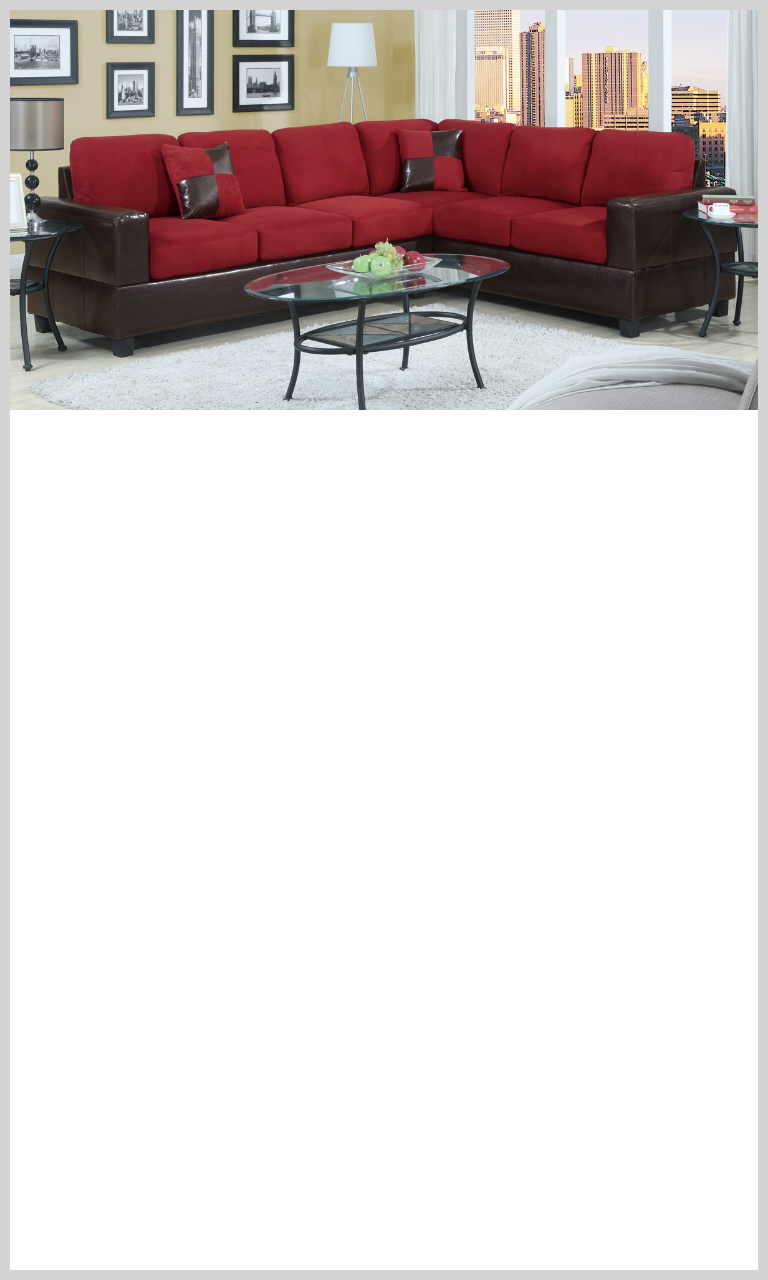
Repository: specialFX16/College-List
Layout: AndroidApp/CollegeList/res/layout/list_view_card.xml
These files come from the project's save history. The layout is drawn as it stood at one moment and after the next save; the edit follows.
It is drawn on a 768 x 1280 px phone screen (xhdpi) without system bars, with theme AppTheme; the app's code is not run.

Above is the layout before, as saved 2015-03-03 02:50:19.

After the next save:
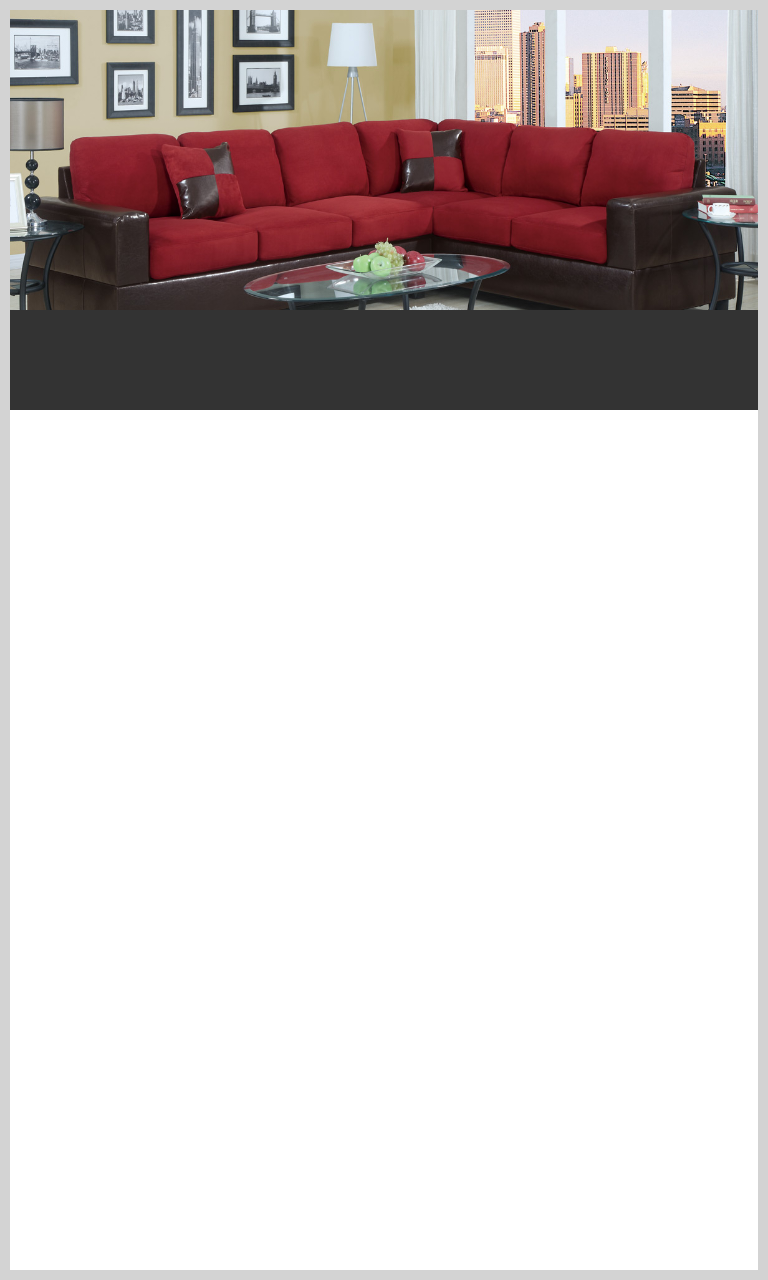
Saved 2 min 50 s later.
--- a/AndroidApp/CollegeList/res/layout/list_view_card.xml
+++ b/AndroidApp/CollegeList/res/layout/list_view_card.xml
@@ -26,6 +26,15 @@
             android:scaleType="centerCrop"
             />
 
+        <RelativeLayout
+            android:layout_width="match_parent"
+            android:layout_height="50dp"
+            android:layout_alignBottom="@+id/main_list_image"
+            android:background="#333333"
+
+             >
+        </RelativeLayout>
+
     </RelativeLayout>
 
 </FrameLayout>
